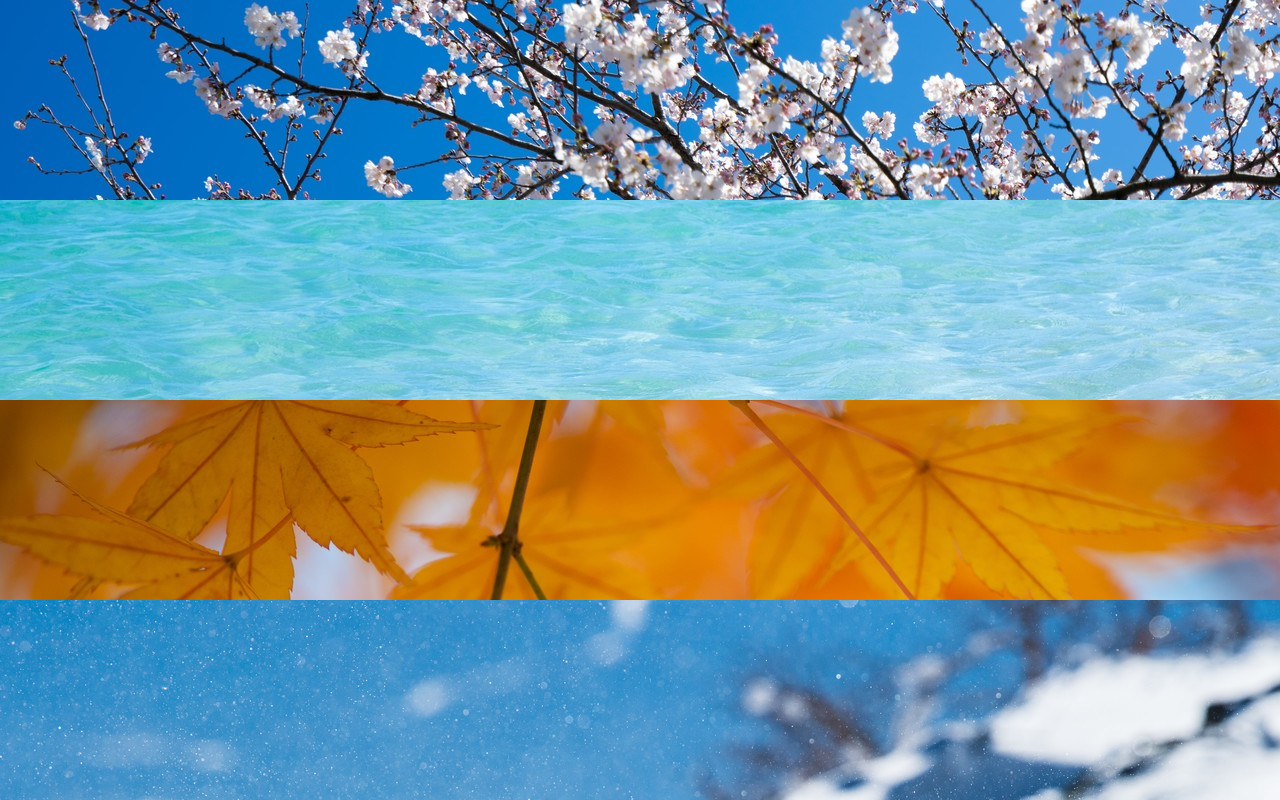
Repository: yuu2310/dmm-webcamp
Page: chapter6_exercise/index.html
The author's editor kept a record of every edit. The page is drawn from the files as they stood at one moment, then again after the next edit.
The browser window is 1280 px wide. The pictures show the whole page.

Above is the page before.

### chapter6_exercise/index.html
<!DOCTYPE HTML>
<html lang="ja">
  <head>
    <meta charset="UTF-8" />
    <title>chapter6演習</title>
    <link rel="stylesheet" href="style.css"/>
  </head>

  <body>
    <div class="image1"></div>
    <div class="image2"></div>
    <div class="image3"></div>
    <div class="image4"></div>
  </body>
</html>

### chapter6_exercise/style.css
* {
  margin: 0;
  padding: 0;
  box-sizing: border-box;
}

.image1 {
  width: 100%;
  height: 200px;
  background-image: url(chapter6/box1.jpg);
}

.image2 {
  width: 100%;
  height: 200px;
  background-image: url(chapter6/box2.jpg);
}

.image3 {
  width: 100%;
  height: 200px;
  background-image: url(chapter6/box3.jpg);
}

.image4 {
  width: 100%;
  height: 200px;
  background-image: url(chapter6/box4.jpg);
}

After the next edit:
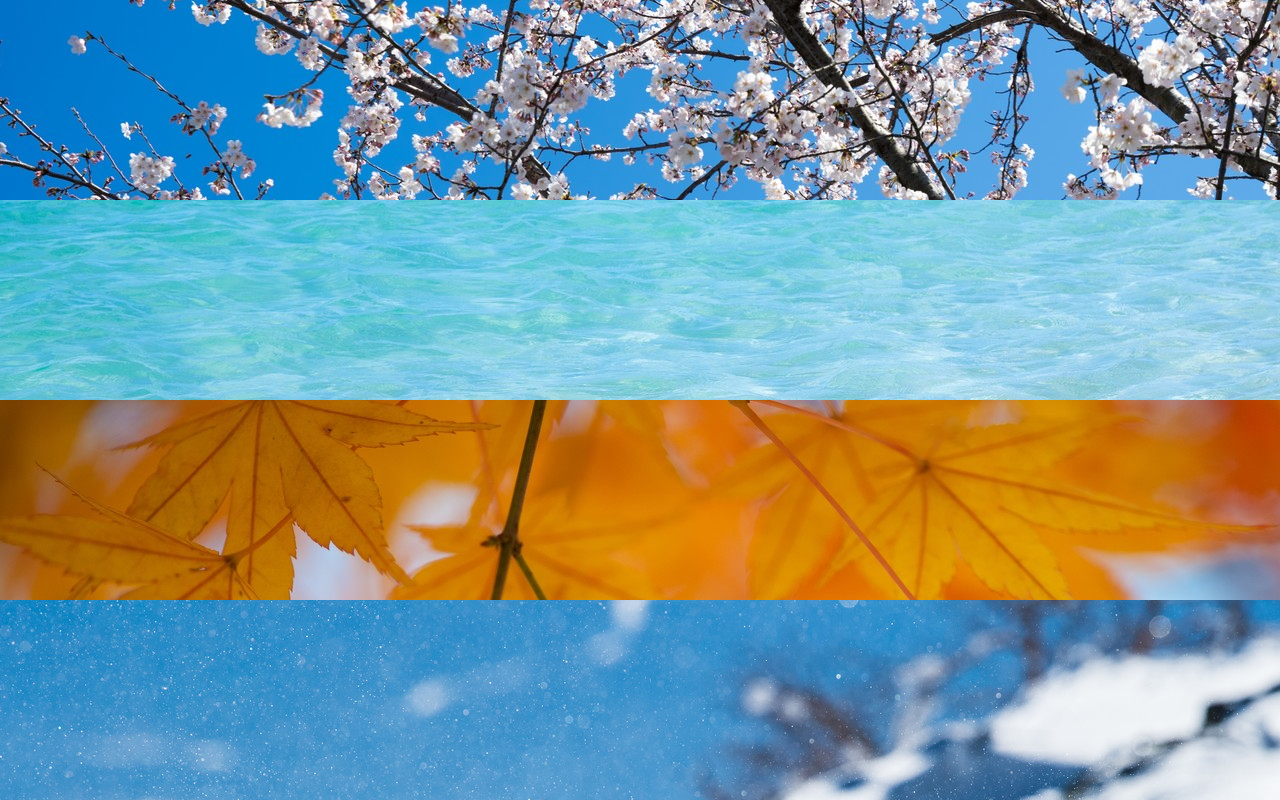
The edit:
--- a/chapter6_exercise/style.css
+++ b/chapter6_exercise/style.css
@@ -8,6 +8,7 @@
   width: 100%;
   height: 200px;
   background-image: url(chapter6/box1.jpg);
+  background-position: center;
 }
 
 .image2 {
